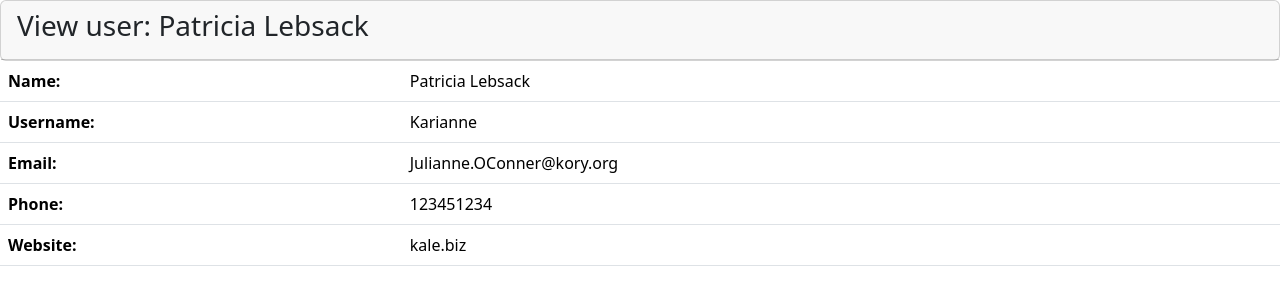
Repository: AyushMahatara/PHP-Simple-CRUD-with-JSON
Page: http://localhost/user/view.php?id=4
An editor plug-in stored every save of this project. The page is shown before and after the next save, followed by the edit.
The browser window is 1280 px wide. The pictures show the whole page.
The page is run by PHP 8.4 with error messages shown; the project is at /var/www/html/.

Above is the page before, as saved 2024-03-20 16:27:20.

After the next save:
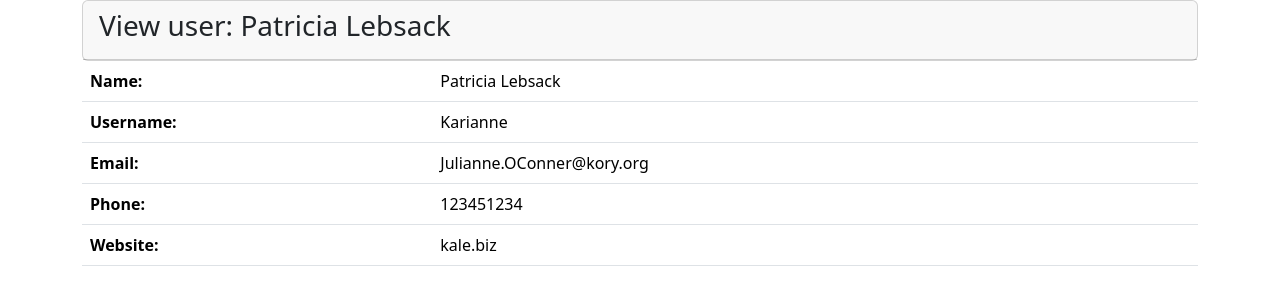
Saved 1 s later.
--- a/user/view.php
+++ b/user/view.php
@@ -17,39 +17,41 @@ if (!$user) {
     exit;
 }
 ?>
+<div class="container">
 
 
-<div class="card">
-    <div class="card-header">
-        <h3>View user: <?php echo $user['name'] ?></h3>
+    <div class="card">
+        <div class="card-header">
+            <h3>View user: <?php echo $user['name'] ?></h3>
+        </div>
     </div>
+
+    <table class="table">
+        <tbody>
+            <tr>
+                <th>Name:</th>
+                <td><?php echo $user['name'] ?></td>
+            </tr>
+            <tr>
+                <th>Username:</th>
+                <td><?php echo $user['username'] ?></td>
+            </tr>
+            <tr>
+                <th>Email:</th>
+                <td><?php echo $user['email'] ?></td>
+            </tr>
+            <tr>
+                <th>Phone:</th>
+                <td><?php echo $user['phone'] ?></td>
+            </tr>
+            <tr>
+                <th>Website:</th>
+                <td><?php echo $user['website'] ?></td>
+            </tr>
+        </tbody>
+    </table>
+
 </div>
-
-<table class="table">
-    <tbody>
-        <tr>
-            <th>Name:</th>
-            <td><?php echo $user['name'] ?></td>
-        </tr>
-        <tr>
-            <th>Username:</th>
-            <td><?php echo $user['username'] ?></td>
-        </tr>
-        <tr>
-            <th>Email:</th>
-            <td><?php echo $user['email'] ?></td>
-        </tr>
-        <tr>
-            <th>Phone:</th>
-            <td><?php echo $user['phone'] ?></td>
-        </tr>
-        <tr>
-            <th>Website:</th>
-            <td><?php echo $user['website'] ?></td>
-        </tr>
-    </tbody>
-</table>
-
 
 <?php
 include '../partials/footer.php';
